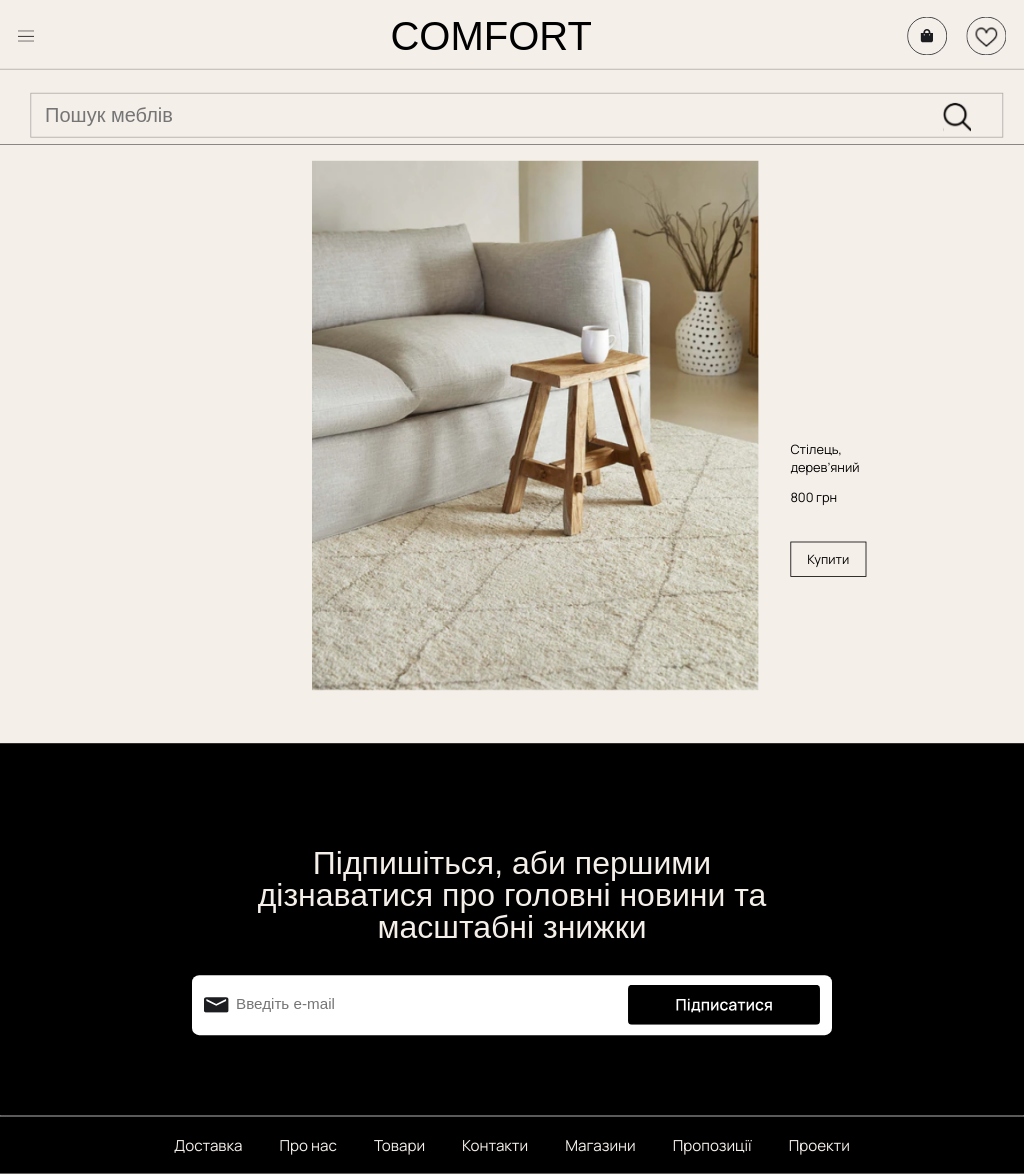
Repository: malykhinaIra/laravel
Page: http://localhost/item/1
The author's editor kept a copy of each file at every save. The page is drawn from the files as they stood at one save, then again after the next save.
The browser window is 1280 px wide. The pictures show the whole page, at 80% of full size.
Some web fonts or font styles are not loaded; a fallback is used. The page is served by the project's Laravel application, run on PHP 8.4 with Laravel 9.

Above is the page before, as saved 2022-05-11 00:01:43.

After the next save:
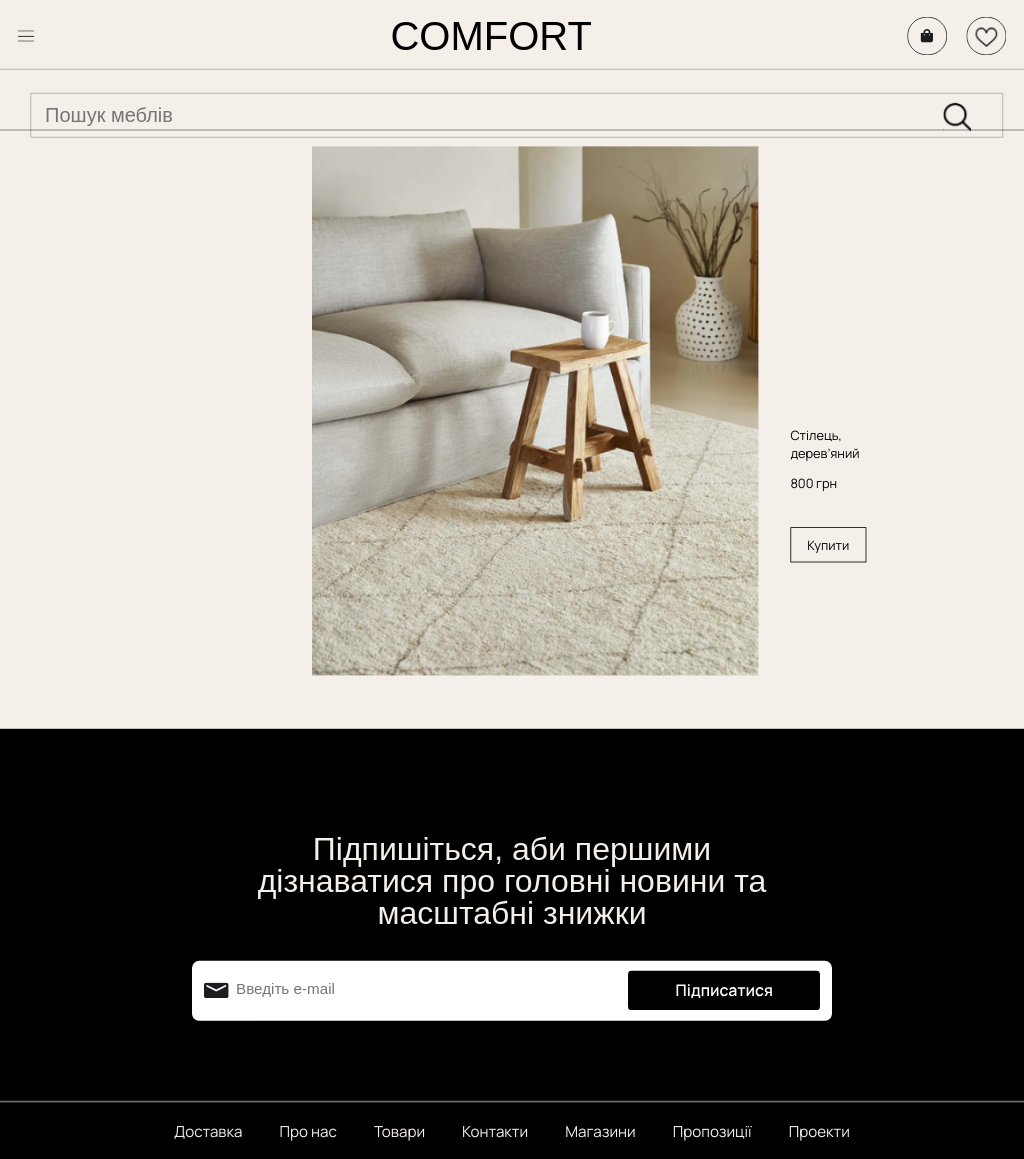
Saved 28 s later.
--- a/blog/resources/views/item.blade.php
+++ b/blog/resources/views/item.blade.php
@@ -7,7 +7,7 @@
     <link rel="stylesheet" href="../css/info.css">
 </head>
 <body>
-<hr>
+<hr style='margin-top: -10px;'>
 <div class='container' style='display: flex; align-items: center; margin: auto; margin-top: 20px;'>
 <img src='{{$item->get_image()}}' style='margin-left: 25%;'>
 <div style='margin-left: 40px; margin-top: 22%;'>
